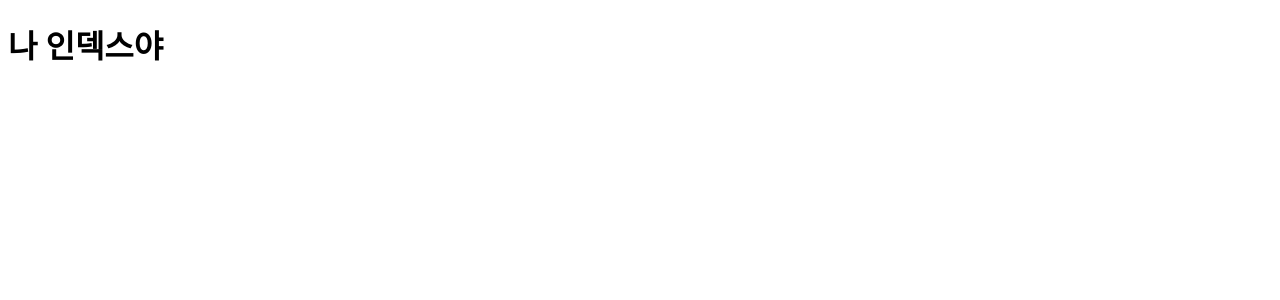
Repository: seulhwangbo/seulSpring2
Page: springSrc17/oBootHello/src/main/resources/static/index.html
The author's editor kept a copy of each file at every save. The page is drawn from the files as they stood at one save, then again after the next save.
The browser window is 1280 px wide. The pictures show the whole page.

Above is the page before, as saved 2024-07-30 07:27:16.

After the next save:
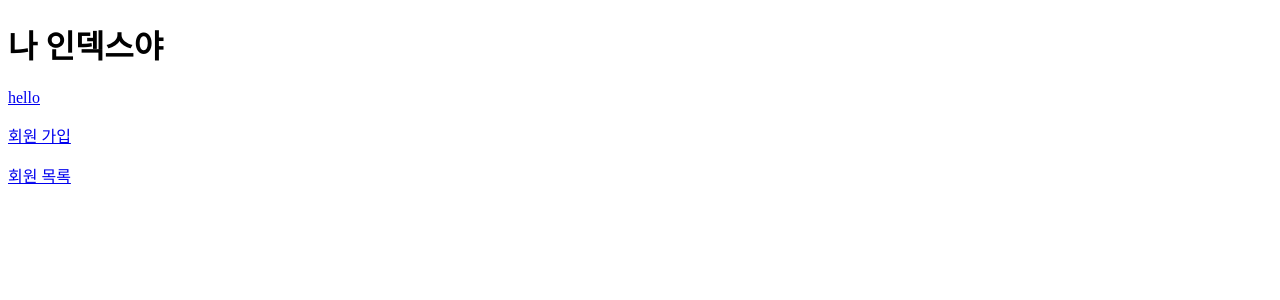
Saved 10 min 9 s later.
--- a/springSrc17/oBootHello/src/main/resources/static/index.html
+++ b/springSrc17/oBootHello/src/main/resources/static/index.html
@@ -6,5 +6,8 @@
 </head>
 <body>
 	<h1> 나 인덱스야 </h1>
+	<a href="/hello">hello</a><p>
+	<a href="/members/memberForm">회원 가입</a><p>
+	<a href="/members/memberlist">회원 목록</a><p>
 </body>
 </html>
